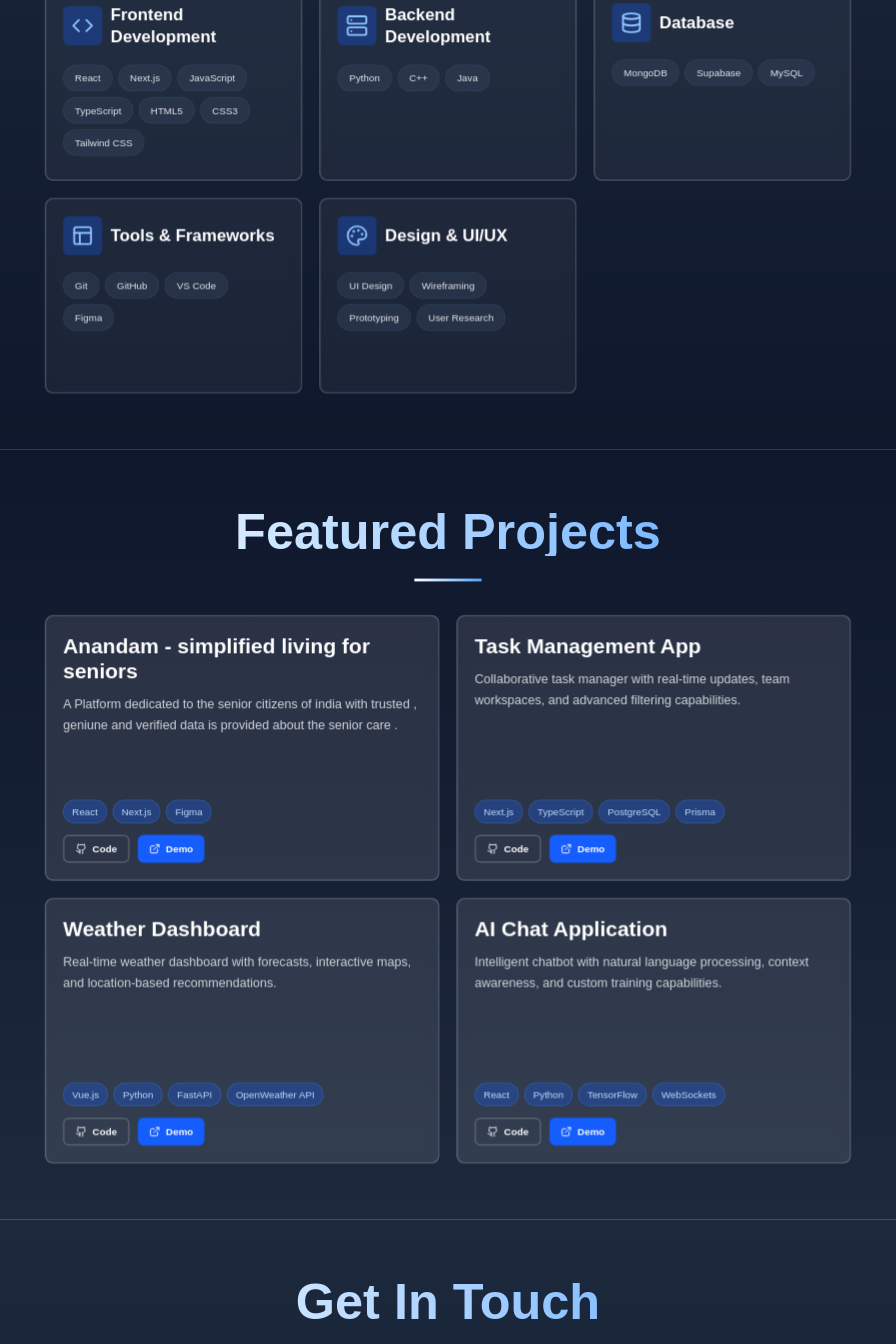
Repository: harshikabodekar/portfolio_awp
Page: /
The author's editor kept a copy of each file at every save. The page is drawn from the files as they stood at one save, then again after the next save.
The browser window is 1280 px wide. The pictures show the part of the page from y = 2091 to 4011 px (the page is 4940 px tall), at 70% of full size.
The project was rebuilt for these pictures with package versions that can differ from the ones it lists, and the page was loaded fresh each time. The framework's server and built-in components were replaced by stand-ins that run in the browser. Also part of the build but not shown: next.config.mjs.

Above is the page before, as saved 2025-10-15 21:43:54.

### src/app/page.js
import Navbar from "./components/Navbar";
import Hero from "./components/Hero";
import About from "./components/About";
import Skills from "./components/Skills";
import Project from "./components/Project";
import Contact from "./components/Contact";

export default function Home() {
  return (
    <main>
      <Navbar />
      <Hero />
      <About />
      <Skills />
      <Project />
      <Contact />
    </main>
  );
}

### src/app/components/Navbar.js
import React from 'react';

const Navbar = () => {
  return (
    <nav className="bg-gray-900 text-white py-4 px-6 fixed w-full top-0 left-0 z-50 shadow-lg">
      <div className="container mx-auto flex justify-between items-center">
        <h1 className="text-4xl font-bold">My Portfolio</h1>
        <ul className="flex space-x-12">
          <li><a href="#home" className="hover:text-blue-400 text-2xl">Home</a></li>
          <li><a href="#about" className="hover:text-blue-400 text-2xl">About</a></li>
          <li><a href="#skills" className="hover:text-blue-400 text-2xl">Skills</a></li>
          <li><a href="#projects" className="hover:text-blue-400 text-2xl">Projects</a></li>
          <li><a href="#contact" className="hover:text-blue-400 text-2xl">Contact</a></li>
        </ul>
      </div>
    </nav>
  );
};

export default Navbar;

### src/app/components/Hero.js
"use client";
import { Github, Linkedin, Mail } from 'lucide-react';
import Image from 'next/image';

const Hero = () => {
  return (
    <section
      id="home"
      className="py-20 px-6 bg-gradient-to-b from-slate-800 to-slate-900 text-white min-h-screen flex items-center justify-center"
    >
      <div className="container mx-auto px-4">
        <div className="max-w-6xl mx-auto">

          {/* Profile Image */}
          <div className="flex justify-center mb-12">
            <div className="relative w-64 h-64 md:w-80 md:h-80 rounded-full overflow-hidden border-4 border-blue-400/30 shadow-2xl">
              <Image
                src="/profile.jpeg.jpeg"
                alt="Harshika Bodekar"
                fill
                className="object-cover"
                priority
              />
            </div>
          </div>

          {/* Text Content - Centered like About page */}
          <div className="text-center">
            <h1 className="text-4xl sm:text-5xl md:text-6xl lg:text-7xl font-bold mb-8 bg-gradient-to-r from-white to-blue-400 bg-clip-text text-transparent">
              Harshika Bodekar
            </h1>
            <div className="w-24 h-1 bg-gradient-to-r from-white to-blue-400 mx-auto mb-12"></div>

            <p className="text-xl md:text-2xl lg:text-3xl text-gray-300 mb-8 leading-relaxed">
              Computer Science Student | Frontend Developer
            </p>

            <p className="text-xl md:text-2xl lg:text-3xl text-gray-300 mb-12 leading-relaxed">
              Crafting elegant digital experiences with modern technologies.
              Passionate about clean code, intuitive design, and building products that make a difference.
            </p>

            <div className="flex gap-6 justify-center">
              <a
                href="https://github.com/harshikabodekar"
                target="_blank"
                rel="noopener noreferrer"
                className="p-4 rounded-full border-2 border-white/20 hover:border-blue-400/50 transition-all duration-300 hover:bg-white/10"
                aria-label="GitHub Profile"
              >
                <Github className="w-6 h-6" />
              </a>
              <a
                href="https://linkedin.com/in/harshikabodekar"
                target="_blank"
                rel="noopener noreferrer"
                className="p-4 rounded-full border-2 border-white/20 hover:border-blue-400/50 transition-all duration-300 hover:bg-white/10"
                aria-label="LinkedIn Profile"
              >
                <Linkedin className="w-6 h-6" />
              </a>
              <a
                href="mailto:harshikabodekar02@gmail.com"
                className="p-4 rounded-full border-2 border-white/20 hover:border-blue-400/50 transition-all duration-300 hover:bg-white/10"
                aria-label="Email Contact"
              >
                <Mail className="w-6 h-6" />
              </a>
            </div>
          </div>

        </div>
      </div>
    </section>
  );
};

export default Hero;

### src/app/components/About.js
import React from 'react';

const About = () => {
  return (
    <section id="about" className="py-20 px-6 bg-gradient-to-b from-slate-900 to-slate-800 text-white">
      <div className="container mx-auto px-4">
        <div className="max-w-6xl mx-auto">
          <h2 className="text-4xl sm:text-5xl md:text-6xl lg:text-7xl font-bold mb-8 text-center bg-gradient-to-r from-white to-blue-400 bg-clip-text text-transparent">
            About Me
          </h2>
          <div className="w-24 h-1 bg-gradient-to-r from-white to-blue-400 mx-auto mb-12"></div>

          <div className="text-center">
            <p className="text-xl md:text-2xl lg:text-3xl text-gray-300 leading-relaxed mb-8">
              I am Harshika Bodekar, a Computer Science student at Pimpri Chinchwad University.
              With developing expertise in computer science, I craft robust backend solutions.
            </p>
            <p className="text-xl md:text-2xl lg:text-3xl text-gray-300 leading-relaxed mb-8">
              My journey is driven by a passion for building scalable, efficient systems that power modern applications.
              I enjoy tackling complex challenges and exploring cutting-edge tech.
            </p>
            <p className="text-xl md:text-2xl lg:text-3xl text-gray-300 leading-relaxed">
              When I'm not coding, you'll find me exploring new technologies, contributing to
              open-source projects, or sharing knowledge with the developer community.
            </p>
          </div>
        </div>
      </div>
    </section>
  );
};

export default About;

### src/app/components/Skills.js
"use client";
import React from 'react';
import { Code, Database, Layout, Server, Globe, Palette } from 'lucide-react';

const Skills = () => {
  const skillCategories = [
    {
      icon: Code,
      title: "Frontend Development",
      skills: ["React", "Next.js", "JavaScript", "TypeScript", "HTML5", "CSS3", "Tailwind CSS"]
    },
    {
      icon: Server,
      title: "Backend Development",
      skills: [ "Python", "C++", "Java"]
    },
    {
      icon: Database,
      title: "Database",
      skills: ["MongoDB", "Supabase", "MySQL"]
    },
    {
      icon: Layout,
      title: "Tools & Frameworks",
      skills: ["Git", "GitHub", "VS Code", "Figma"]
    },

    {
      icon: Palette,
      title: "Design & UI/UX",
      skills: ["UI Design", "Wireframing", "Prototyping", "User Research"]
    }
  ];

  return (
    <section id="skills" className="py-20 px-6 bg-gradient-to-b from-slate-800 to-slate-900 text-white">
      <div className="container mx-auto px-4">
        <div className="max-w-6xl mx-auto">
          <h2 className="text-4xl sm:text-5xl md:text-6xl lg:text-7xl font-bold mb-8 text-center bg-gradient-to-r from-white to-blue-400 bg-clip-text text-transparent">
            Skills & Expertise
          </h2>
          <div className="w-24 h-1 bg-gradient-to-r from-white to-blue-400 mx-auto mb-12"></div>

          <p className="text-center text-xl md:text-2xl text-gray-300 mb-16 max-w-3xl mx-auto leading-relaxed">
            A comprehensive set of technical skills and tools I use to build modern, scalable applications.
          </p>

          <div className="grid sm:grid-cols-1 md:grid-cols-2 lg:grid-cols-3 gap-6">
            {skillCategories.map((category, index) => {
              const IconComponent = category.icon;
              return (
                <div
                  key={index}
                  className="border-2 border-white/20 rounded-xl p-6 h-[280px] hover:border-blue-400/50 transition-all duration-300 backdrop-blur-sm bg-white/5 group flex flex-col"
                >
                  <div className="flex items-center gap-3 mb-6">
                    <div className="p-3 bg-blue-600/30 rounded-lg group-hover:bg-blue-600/50 transition-all duration-300">
                      <IconComponent className="w-8 h-8 text-blue-300" />
                    </div>
                    <h3 className="text-xl md:text-2xl font-bold text-white group-hover:text-blue-400 transition-colors">
                      {category.title}
                    </h3>
                  </div>

                  <div className="flex flex-wrap gap-2 flex-1 content-start">
                    {category.skills.map((skill, skillIndex) => (
                      <span
                        key={skillIndex}
                        className="px-4 py-2 bg-slate-700/50 border border-slate-600/50 rounded-full text-sm text-gray-200 hover:bg-blue-600/30 hover:border-blue-400/50 transition-all duration-300"
                      >
                        {skill}
                      </span>
                    ))}
                  </div>
                </div>
              );
            })}
          </div>
        </div>
      </div>
    </section>
  );
};

export default Skills;

### src/app/components/Project.js
import React from 'react';
import ProjectCard from './ProjectCard';
import { projectsData } from '../data/projects';

const Projects = () => {
  const projects = [
    {
      title: "Anandam - simplified living for seniors",
      description: "A Platform dedicated to the senior citizens of india with trusted , geniune and verified data is provided about the senior care .",
      tech: ["React"," Next.js","Figma"],

    },
    {
      title: "Task Management App",
      description: "Collaborative task manager with real-time updates, team workspaces, and advanced filtering capabilities.",
      tech: ["Next.js", "TypeScript", "PostgreSQL", "Prisma"],

    },
    {
      title: "Weather Dashboard",
      description: "Real-time weather dashboard with forecasts, interactive maps, and location-based recommendations.",
      tech: ["Vue.js", "Python", "FastAPI", "OpenWeather API"],

    },
    {
      title: "AI Chat Application",
      description: "Intelligent chatbot with natural language processing, context awareness, and custom training capabilities.",
      tech: ["React", "Python", "TensorFlow", "WebSockets"],

    }
  ];

  return (
    <section id="projects" className="py-20 px-6 bg-gradient-to-b from-slate-900 to-slate-800 text-white">
      <div className="container mx-auto px-4">
        <div className="max-w-6xl mx-auto">
          <h2 className="text-4xl sm:text-5xl md:text-6xl lg:text-7xl font-bold mb-8 text-center bg-gradient-to-r from-white to-blue-400 bg-clip-text text-transparent">
            Featured Projects
          </h2>
          <div className="w-24 h-1 bg-gradient-to-r from-white to-blue-400 mx-auto mb-12"></div>

          <div className="grid sm:grid-cols-1 md:grid-cols-2 gap-6">
            {projects.map((project, index) => (
              <ProjectCard key={index} project={project} />
            ))}
          </div>
        </div>
      </div>
    </section>
  );
};

export default Projects;

### src/app/components/Contact.js
"use client";
import { Mail, Phone, MapPin, Github, Linkedin, Twitter } from 'lucide-react';

const Contact = () => {
  const contactInfo = [
    {
      icon: Mail,
      label: "Email",
      value: "harshikabodekar02@gmail.com",
      href: "mailto:harshikabodekar02@gmail.com"
    },
    {
      icon: Phone,
      label: "Phone",
      value: "+91 9130343030",
      href: "tel:+919130343030"
    },
    {
      icon: MapPin,
      label: "Location",
      value: "Pune, India",
      href: "#"
    }
  ];

  const socialLinks = [
    {
      icon: Github,
      label: "GitHub",
      href: "https://github.com/harshikabodekar"
    },
    {
      icon: Linkedin,
      label: "LinkedIn",
      href: "https://linkedin.com/in/harshikabodekar"
    },
    {
      icon: Twitter,
      label: "Twitter",
      href: "https://twitter.com/harshikabodekar"
    }
  ];

  return (
    <section id="contact" className="py-20 px-6 bg-gradient-to-b from-slate-800 to-slate-900 text-white">
      <div className="container mx-auto px-4">
        <div className="max-w-6xl mx-auto">
          <h2 className="text-4xl sm:text-5xl md:text-6xl lg:text-7xl font-bold mb-8 text-center bg-gradient-to-r from-white to-blue-400 bg-clip-text text-transparent">
            Get In Touch
          </h2>
          <div className="w-24 h-1 bg-gradient-to-r from-white to-blue-400 mx-auto mb-12"></div>

          <p className="text-center text-xl md:text-2xl text-gray-300 mb-16 max-w-3xl mx-auto leading-relaxed">
            I'm always open to discussing new projects, creative ideas, or opportunities to be part of your visions.
          </p>

          <div className="grid md:grid-cols-3 gap-8 mb-16">
            {contactInfo.map((info, index) => (
              <div
                key={index}
                className="border-2 border-white/20 rounded-xl p-8 hover:border-blue-400/50 transition-all duration-300 backdrop-blur-sm bg-white/5 text-center group"
              >
                <div className="inline-flex p-4 bg-blue-600/30 rounded-lg mb-6 group-hover:bg-blue-600/50 transition-all duration-300">
                  <info.icon className="w-8 h-8 text-blue-300" />
                </div>
                <h3 className="text-lg font-semibold text-gray-400 mb-3">{info.label}</h3>
                <a
                  href={info.href}
                  className="text-xl md:text-2xl text-white hover:text-blue-400 transition-colors duration-300 break-words"
                >
                  {info.value}
                </a>
              </div>
            ))}
          </div>

          <div className="border-2 border-white/20 rounded-xl p-10 backdrop-blur-sm bg-white/5">
            <h3 className="text-3xl md:text-4xl font-bold mb-8 text-center bg-gradient-to-r from-white to-blue-400 bg-clip-text text-transparent">
              Connect With Me
            </h3>

            <div className="flex justify-center gap-6 mb-10">
              {socialLinks.map((social, index) => (
                <a
                  key={index}
                  href={social.href}
                  target="_blank"
                  rel="noopener noreferrer"
                  className="p-4 rounded-full border-2 border-white/20 hover:border-blue-400/50 transition-all duration-300 hover:bg-white/10"
                  aria-label={social.label}
                >
                  <social.icon className="w-8 h-8" />
                </a>
              ))}
            </div>

            <div className="text-center">
              <a
                href="mailto:harshikabodekar02@gmail.com"
                className="inline-flex items-center gap-3 px-8 py-4 bg-blue-600 hover:bg-blue-700 rounded-full text-lg md:text-xl font-semibold transition-all duration-300 hover:shadow-lg hover:shadow-blue-500/50"
              >
                <Mail className="w-6 h-6" />
                Send Me an Email
              </a>
            </div>
          </div>
        </div>
      </div>
    </section>
  );
};

export default Contact;

### src/app/components/ProjectCard.js
"use client";
import { Github, ExternalLink } from 'lucide-react';

const ProjectCard = ({ project }) => {
  return (
    <div className="bg-white/10 backdrop-blur-sm border-2 border-white/20 rounded-xl p-6 h-[380px] hover:border-blue-400/50 transition-all duration-300 group flex flex-col">
      <h3 className="text-2xl md:text-3xl font-bold mb-4 text-white group-hover:text-blue-400 transition-colors">
        {project.title}
      </h3>

      <p className="text-base md:text-lg text-gray-300 mb-4 leading-relaxed flex-grow">
        {project.description}
      </p>

      <div className="flex flex-wrap gap-2 mb-4">
        {project.tech.map((tech, index) => (
          <span
            key={index}
            className="px-3 py-1.5 bg-blue-600/30 border border-blue-400/30 rounded-full text-sm text-blue-200 font-medium"
          >
            {tech}
          </span>
        ))}
      </div>

      <div className="flex gap-3">
        <a
          href={project.github}
          target="_blank"
          rel="noopener noreferrer"
          className="flex items-center gap-2 px-4 py-2 border-2 border-white/20 rounded-lg hover:border-blue-400/50 hover:bg-white/10 transition-all duration-300 text-sm font-semibold"
        >
          <Github className="w-4 h-4" />
          Code
        </a>
        <a
          href={project.demo}
          target="_blank"
          rel="noopener noreferrer"
          className="flex items-center gap-2 px-4 py-2 bg-blue-600 hover:bg-blue-700 rounded-lg transition-all duration-300 text-sm font-semibold"
        >
          <ExternalLink className="w-4 h-4" />
          Demo
        </a>
      </div>
    </div>
  );
};

export default ProjectCard;

Loaded but not shown: src/app/layout.js (common file); src/app/globals.css (common file); src/app/data/projects.js (no stored copy; drawn as an empty file)

After the next save:
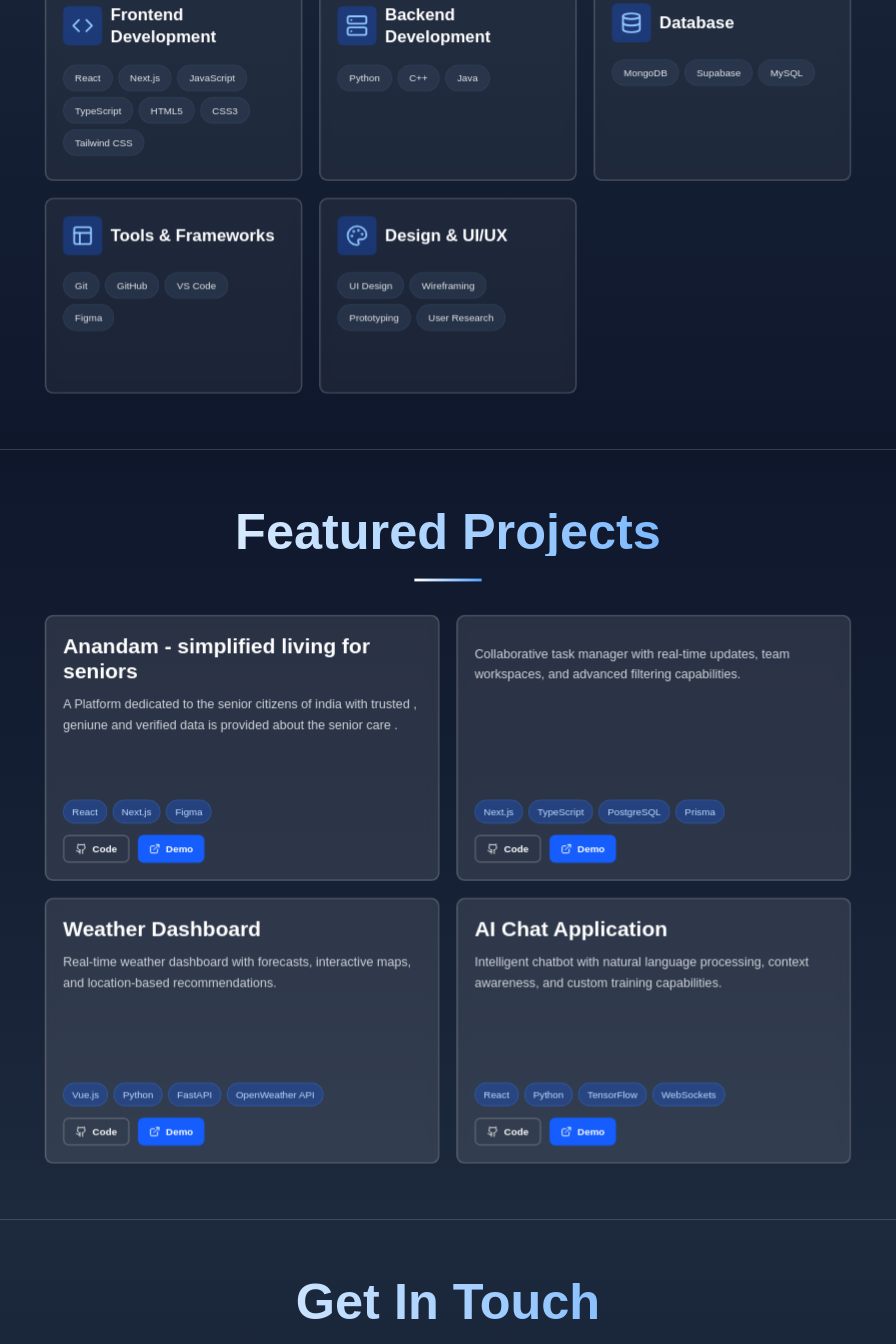
Saved 9 s later.
--- a/src/app/components/Project.js
+++ b/src/app/components/Project.js
@@ -11,7 +11,7 @@ const Projects = () => {
 
     },
     {
-      title: "Task Management App",
+      title: "",
       description: "Collaborative task manager with real-time updates, team workspaces, and advanced filtering capabilities.",
       tech: ["Next.js", "TypeScript", "PostgreSQL", "Prisma"],
 
